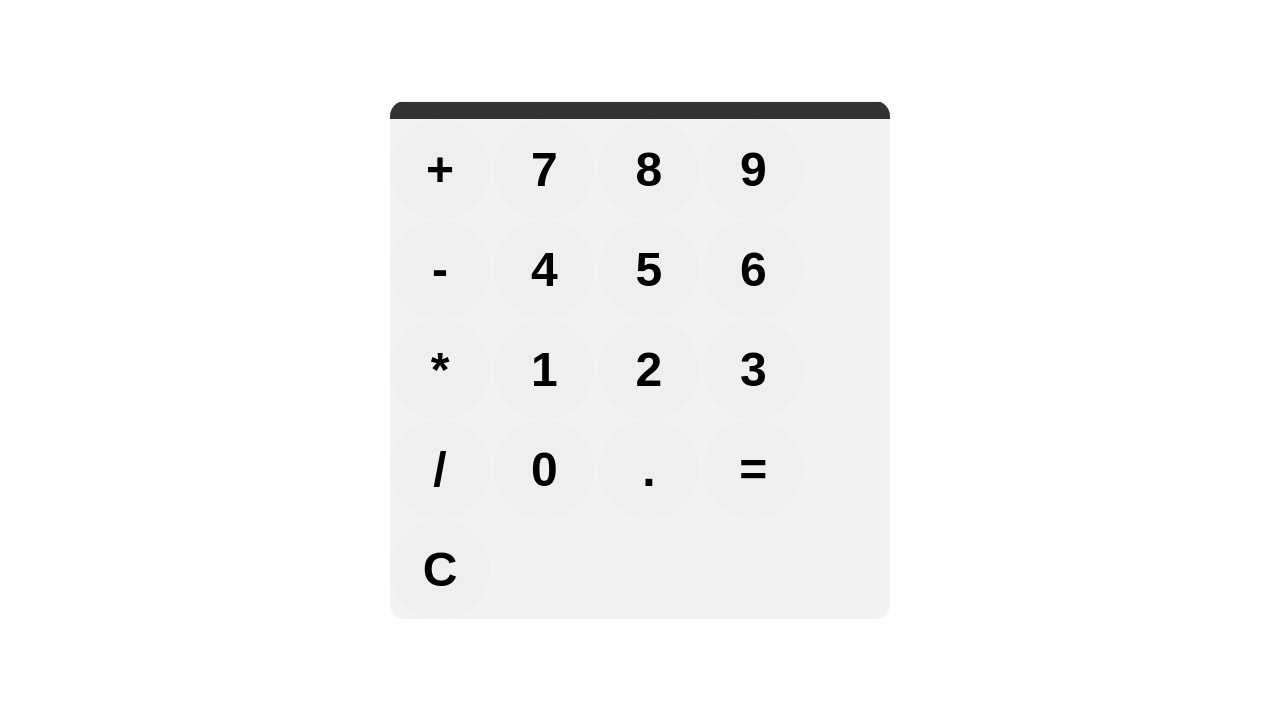
Repository: 23HarveyJi/25-Fall_chillguys
Page: calculator.html
An editor plug-in stored every save of this project. The page is shown before and after the next save, followed by the edit.
The browser window is 1280 px wide. The pictures show the whole page.

Above is the page before, as saved 2025-10-10 15:13:44.

After the next save:
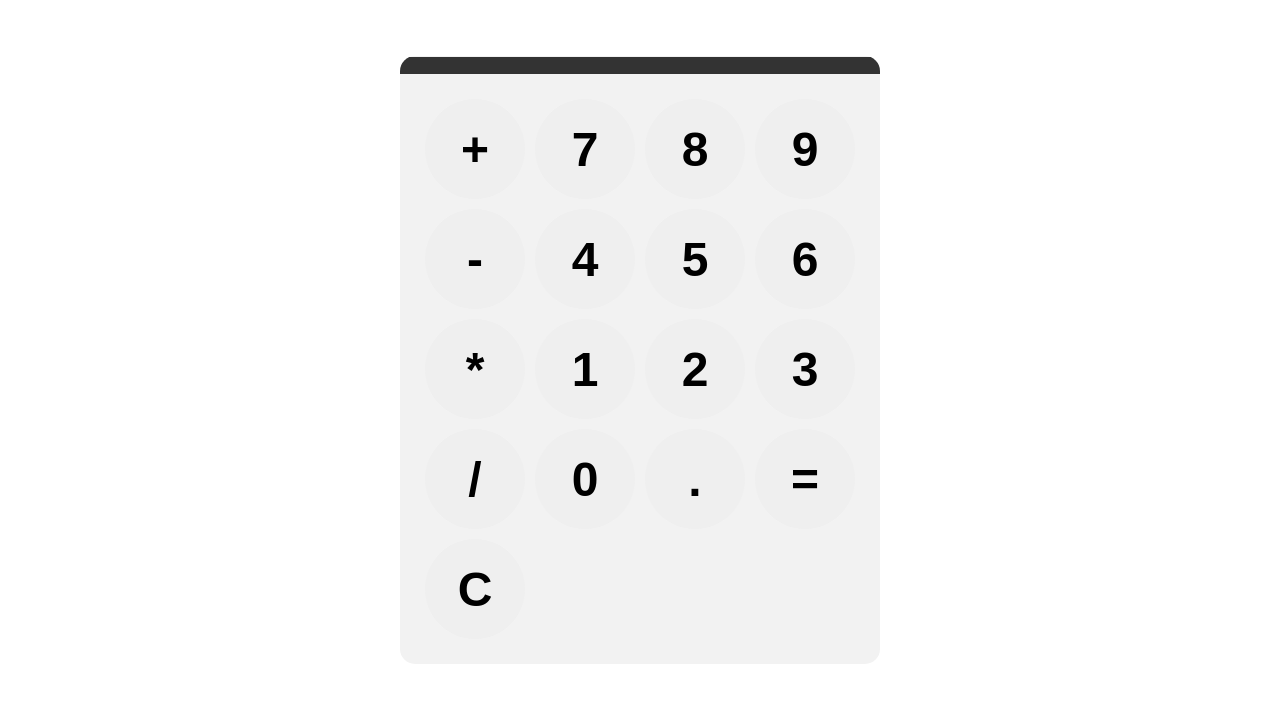
Saved 10 s later.
--- a/calculator.css
+++ b/calculator.css
@@ -21,7 +21,7 @@ body{
     border: none;
     background-color: hsl(0,0%,20%);
 }
-keys{
+#keys{
     display: grid;
     grid-template-columns: repeat(4, 1fr);
     gap: 10px;
